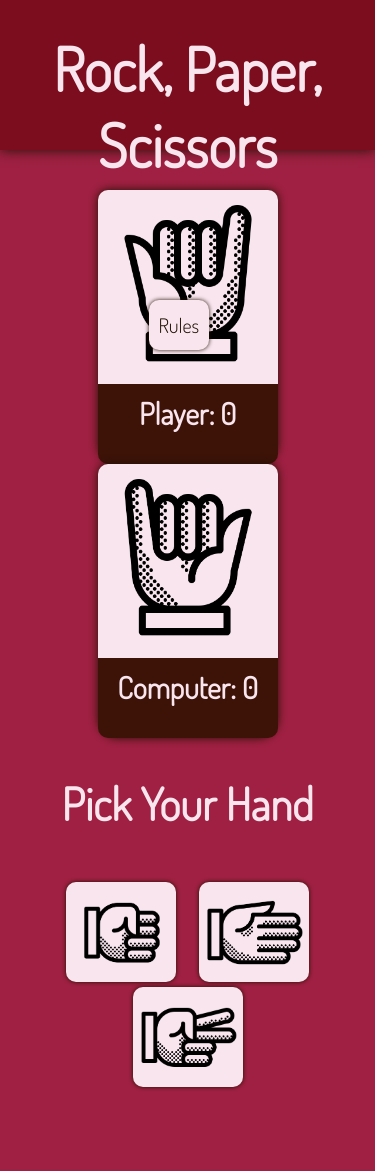
Repository: shayanabedi98/rock-paper-scissors
Page: index.html
These files come from the project's save history. The page is drawn as it stood at one moment and after the next save; the edit follows.
The browser window is 375 px wide. The pictures show the whole page.

Above is the page before, as saved 2023-07-21 13:23:00.

### index.html
<!DOCTYPE html>
<html lang="en">
<head>
    <meta charset="UTF-8">
    <meta name="viewport" content="width=device-width, initial-scale=1.0">
    <title>Rock, Paper, Scissors</title>
    <link rel="preconnect" href="https://fonts.googleapis.com">
    <link rel="preconnect" href="https://fonts.gstatic.com" crossorigin>
    <link href="https://fonts.googleapis.com/css2?family=Dosis:wght@300&display=swap" rel="stylesheet">
    <link rel="stylesheet" href="styles.css">
</head>
<body>
    <div class="dark-div">
    </div>
    <div class="header">
        <h1>Rock, Paper, Scissors</h1>
    </div>
    <div class="rules-btn">
        <button>Rules</button>
    </div>
    <div class="container">
        <div class="card">
            <div class="player">
                <img src="resources/startleft.png" alt="Starting image before game">
                <h3>Player: 0</h3>
            </div>
        </div>
        <div class="card">
            <div class="computer">
                <img src="resources/start.png" alt="Starting image before game">
                <h3>Computer: 0</h3>
            </div>
        </div>
    </div>
    <div class="caption">
        <h2>Pick Your Hand</h2>
    </div>
    <div class="button-container">
        <button class="btn" id="rock"><img src="resources/rockleft.png" alt="rock option"></button>
        <button class="btn" id="paper"><img src="resources/paperleft.png" alt="paper option"></button>
        <button class="btn" id="scissors"><img src="resources/scissorsleft.png" alt="scissors option"></button>
    </div>
    <div class="rules">
        <h1>Rules</h1>
        <p>Rock beats Scissors. <br>Paper beats Rock. <br>Scissors beats Paper. <br>You(Player) vs Computer. <br>Best 3/5 wins. <br>Simple enough?</p>
        <button>Close</button>
    </div>
    <script src="index.js"></script>
</body>
</html>

### styles.css
body {
    font-family:'Dosis', sans-serif;
    margin: 0;
    padding: 0;
    background-color: #9F2042;
    color: #F8E5EE;
}

h1 {
    font-size: 60px;
    margin-top: 0;

}

.dark-div {
    background-color: #211103;
    position: absolute;
    z-index: 1;
    width: 100%;
    height: 100%;
    opacity: 0;
    visibility: hidden;
}

.header {
    text-align: center;
    background-color: #7B0D1E;
    height: 120px;
    padding-top: 30px;
    box-shadow: 0 0 12px 0 #211103;
}

.rules-btn {
    text-align: center;
}

.rules-btn button {
    font-family: 'Dosis', sans-serif;
    font-size: 26px;
    background-color: #F8E5EE;
    color: #211103;
    width: 100px;
    height: 50px;
    cursor: pointer;
    border: 0;
    border-radius: 10px;
    box-shadow: 0 0 4px 0 #211103;
    position: absolute;
    margin-top: 250px;
    transform: translateX(-50px);
    text-align: center;
}

.caption {
    text-align: center;
    font-size: 30px;
}

.container {
    text-align: center;
    display: block;
    margin-top: 40px;
}

.card {
    display: inline-block;
    background-color: #F8E5EE;
    box-shadow: 0 0 8px 0 #211103;
    margin: 0 120px;
    border-radius: 10px 10px 20px 20px;
}

.card img {
    height: 350px;
    width: 345px;
}

.card h3 {
    font-size: 40px;
    color: #F8E5EE;
    background-color: #3D1308;
    margin-bottom: 0;
    height: 70px;
    padding-top: 10px;
    border-radius: 0  0 10px 10px;
}

.button-container {
    text-align: center;
    margin-top: 50px;
    height: 161px;
}

#rock, #paper, #scissors {
    font-family: 'Dosis', sans-serif;
    background-color: #F8E5EE;
    color: #211103;
    width: 110px;
    height: 100px;
    cursor: pointer;
    border: 0;
    border-radius: 10px;
    box-shadow: 0 0 4px 0 #211103;
    margin: 0 10px;
}

#rock img, #paper img, #scissors img {
    height: 100px;
}

#rock:hover, #paper:hover, #scissors:hover {
    box-shadow: 0 0 10px 0 #211103;
}

#rock:active, #paper:active, #scissors:active, #rock img:active, #paper img:active, #scissors img:active {
    box-shadow: none;
    height: 99px;
}

.rules {
    background-color: #F8E5EE;
    color: #211103;
    position: absolute;
    box-shadow: 0 0 10px 0 #211103;
    border-radius: 10px;
    text-align: center;
    margin-left: 40%;
    transform: translateY(-700px);
    width: 20%;
    z-index: 2;
    height: 450px;
    opacity: 0;
    visibility: hidden;
}

.rules p {
    font-size: 30px;
}

.rules button {
    font-family: 'Dosis', sans-serif;
    font-size: 26px;
    font-weight: 600;
    background-color: #F8E5EE;
    width: 80px;
    border: 0;
    text-decoration: overline;
    cursor: pointer;
}

.winner {
    text-align: center;
    margin-top: 350px;
}

.winner button {
    font-family: 'Dosis', sans-serif;
    font-size: 40px;
    font-family: 'Dosis', sans-serif;
    background-color: #F8E5EE;
    color: #211103;
    width: 200px;
    height: 100px;
    cursor: pointer;
    border: 0;
    border-radius: 10px;
    box-shadow: 0 0 4px 0 #211103;
}

@media (max-width: 1200px) {

    .rules-btn button {
        margin-top: 150px;
    }

    .card img {
        height: 210px;
        width: 200px;
    }
    .card h3 {
        margin-top: 0;
        font-size: 30px;
    }
}

@media (max-width: 900px) {

    .card {
        margin: 0 70px;
    }

    .card img {
        height: 190px;
        width: 180px;
    }
}

@media (max-width: 680px) {
    .rules-btn button {
        width: 60px;
        font-size: 20px;
        margin-left: 3%;
    }

    .card {
        margin: 0 50px;
    }
}

@media (max-width: 565px) {

    .card {
        margin: 0 40px;
    }

    .card img {
        .card img {
            height: 130px;
            width: 120px;
        }
    }
}

### index.js
var scoreP = 0;
var scoreC = 0;
var winner = document.querySelector('.winner');
var caption = document.querySelector('.caption h2');
var rock = document.querySelector('#rock');
var paper = document.querySelector('#paper');
var scissors = document.querySelector('#scissors');
var computer = document.querySelector('.computer img');
var player = document.querySelector('.player img');
var btn = document.querySelectorAll('.btn');
var playerPick;
var computerPick;
var rules = document.querySelector('.rules');
var rulesClose = document.querySelector('.rules button');
var rulesButton = document.querySelector('.rules-btn button');
var darkDiv = document.querySelector('.dark-div');

//animations for the rules card
rulesButton.addEventListener('click', function() {
    rules.style.opacity = '100';
    rules.style.transition = "0.5s"
    rules.style.visibility = 'visible';
    darkDiv.style.opacity = '0.5';
    darkDiv.style.transition = "0.5s"
    darkDiv.style.visibility = 'visible';
});

rulesClose.addEventListener('click', function() {
    rules.style.visibility = 'hidden';
    rules.style.opacity = '0';
    rules.style.transition = "0.5s";
    darkDiv.style.visibility = 'hidden';
    darkDiv.style.opacity = '0';
    darkDiv.style.transition = "0.5s";
});

//game mechanics
function rng() {
    return Math.floor(Math.random() * 3) + 1;
};

rock.addEventListener('click', function() {
    player.src = 'resources/rockleft.png';
    playerPick = 'rock';
});
paper.addEventListener('click', function() {
    player.src = 'resources/paperleft.png';
    playerPick = 'paper';
});
scissors.addEventListener('click', function() {
    player.src = 'resources/scissorsleft.png';
    playerPick = 'scissors';
});

for (let i = 0; i < btn.length; i ++){
    btn[i].addEventListener('click', function() {
        rng();
        if (rng() === 1) {
            computer.src = 'resources/rock.png';
            computerPick = 'rock';
        } else if (rng() === 2) {
            computer.src = 'resources/paper.png';
            computerPick = 'paper';
        } else if (rng() === 3) {
            computer.src = 'resources/scissors.png';
            computerPick = 'scissors';
        }

        if (playerPick === computerPick) {
            caption.innerHTML = 'Tie!';
        }

        else if ((playerPick === 'rock' && computerPick === 'paper') || (playerPick === 'scissors' && computerPick === 'rock') || (playerPick === 'paper' && computerPick === 'scissors')) {
            caption.innerHTML = 'Point for Computer!';
            scoreC ++;
        }

        else if ((playerPick === 'rock' && computerPick === 'scissors') || (playerPick === 'scissors' && computerPick === 'paper') || (playerPick === 'paper' && computerPick === 'rock')) {
            caption.innerHTML = 'Point for Player!';
            scoreP ++;
        }

        document.querySelector('.player h3').innerHTML = 'Player: ' + scoreP;
        document.querySelector('.computer h3').innerHTML = 'Computer: ' + scoreC;

        if (scoreC === 3) {
            window.location.replace('./loser.html');
        } else if (scoreP === 3) {
            window.location.replace('./winner.html');

        }
    });
};

function playAgain() {
    window.location.replace('./index.html');
};

After the next save:
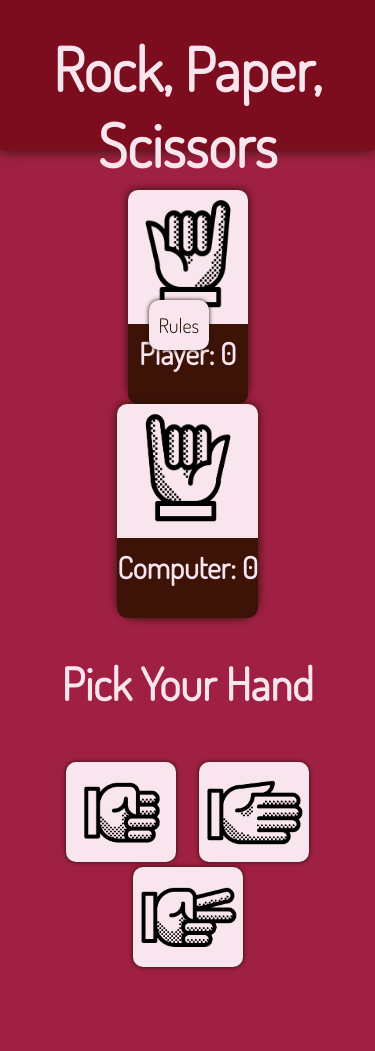
Saved 15 s later.
--- a/styles.css
+++ b/styles.css
@@ -214,9 +214,7 @@ h1 {
     }
 
     .card img {
-        .card img {
-            height: 130px;
-            width: 120px;
-        }
-    }
-}
+        height: 130px;
+        width: 120px;
+    }
+}
